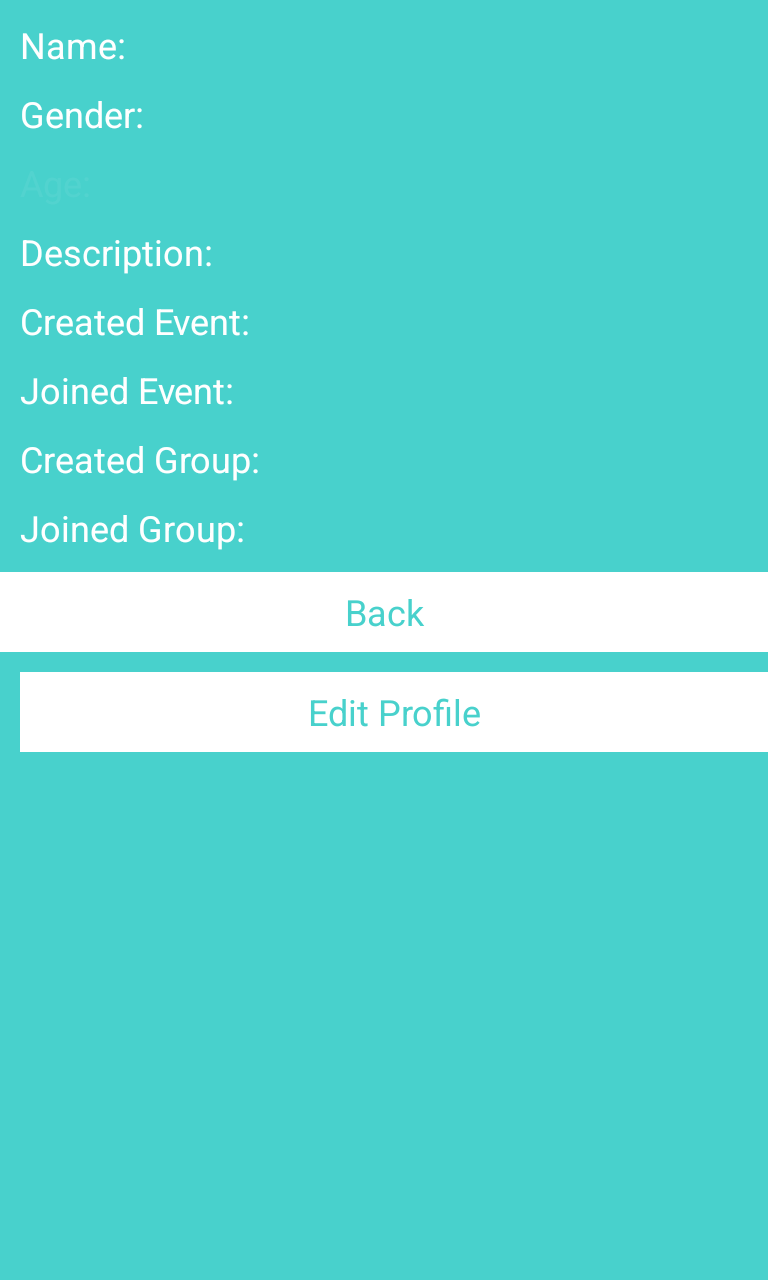
Repository: COMP231-S63G1/COMP231-S63G1
Layout: Wanna/res/layout/activity_view_person_profile.xml
The author's editor kept a copy of each file at every save. The layout is drawn from the files as they stood at one save, then again after the next save.
It is drawn on a 768 x 1280 px phone screen (xhdpi) without system bars, with theme AppTheme; the app's code is not run.

Above is the layout before, as saved 2014-11-29 21:39:09.

After the next save:
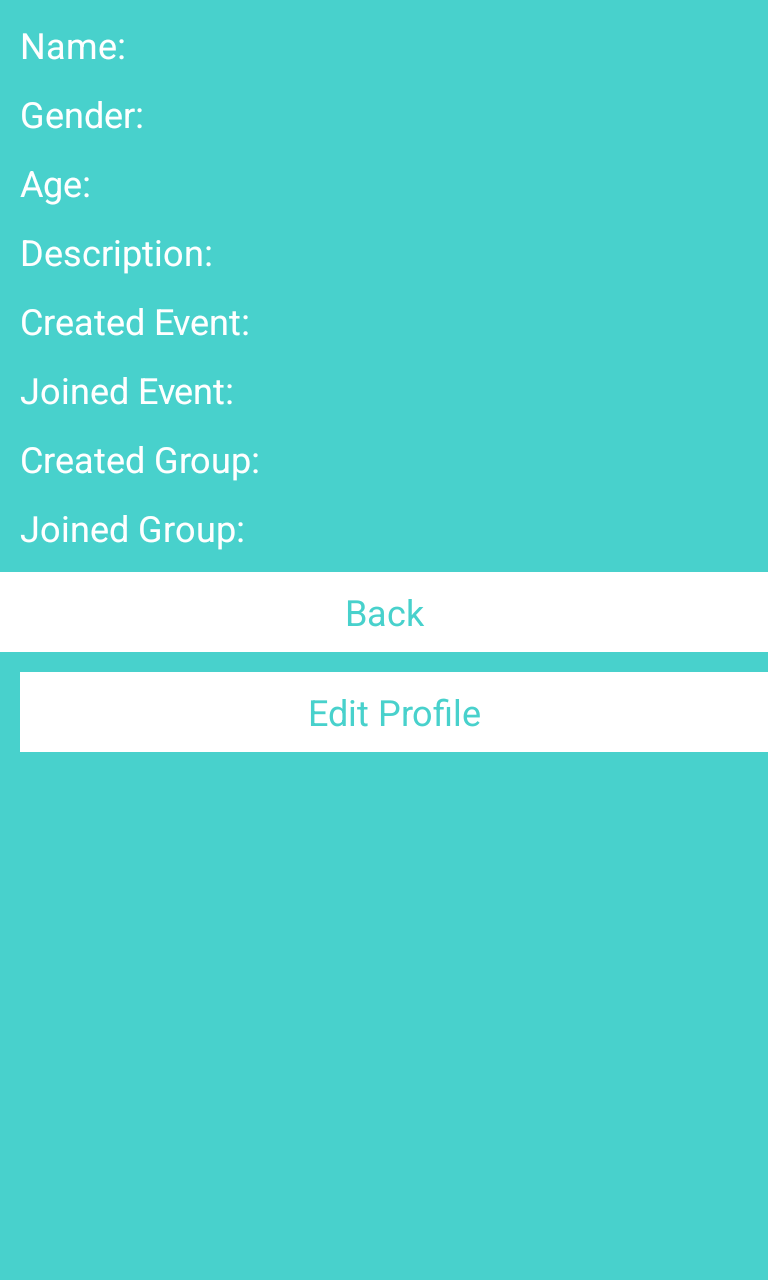
Saved 12 s later.
--- a/Wanna/res/layout/activity_view_person_profile.xml
+++ b/Wanna/res/layout/activity_view_person_profile.xml
@@ -73,7 +73,7 @@
                 android:layout_marginLeft="10dp"
                 android:layout_marginTop="10dp"
                 android:text="@string/age"
-                android:textColor="#fffffff"
+                android:textColor="#ffffff"
                 />
 
             <TextView
